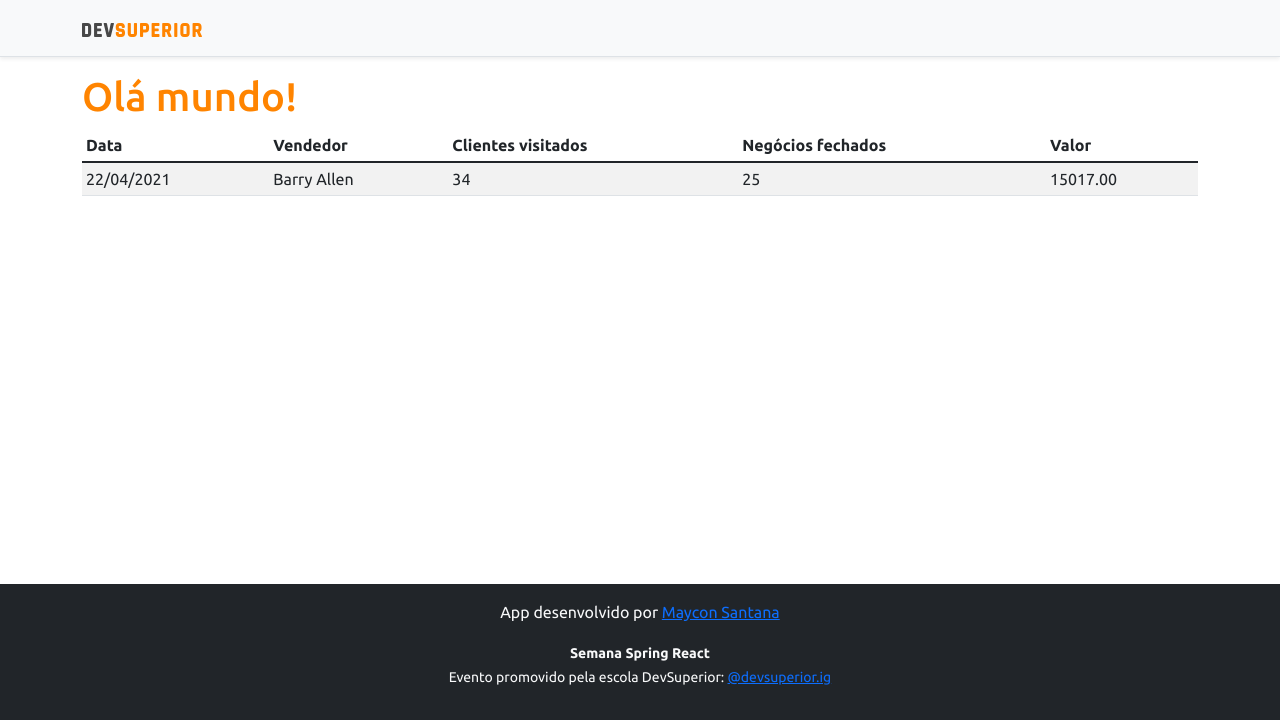
Repository: MayconInforGames2017/evento-dev-superior
Page: / (app in frontend/)
An editor plug-in stored every save of this project. The page is shown before and after the next save, followed by the edit.
The browser window is 1280 px wide. The pictures show the whole page.
The project was rebuilt for these pictures with package versions that can differ from the ones it lists, and the page was loaded fresh each time.

Above is the page before, as saved 2021-09-07 12:32:35.

After the next save:
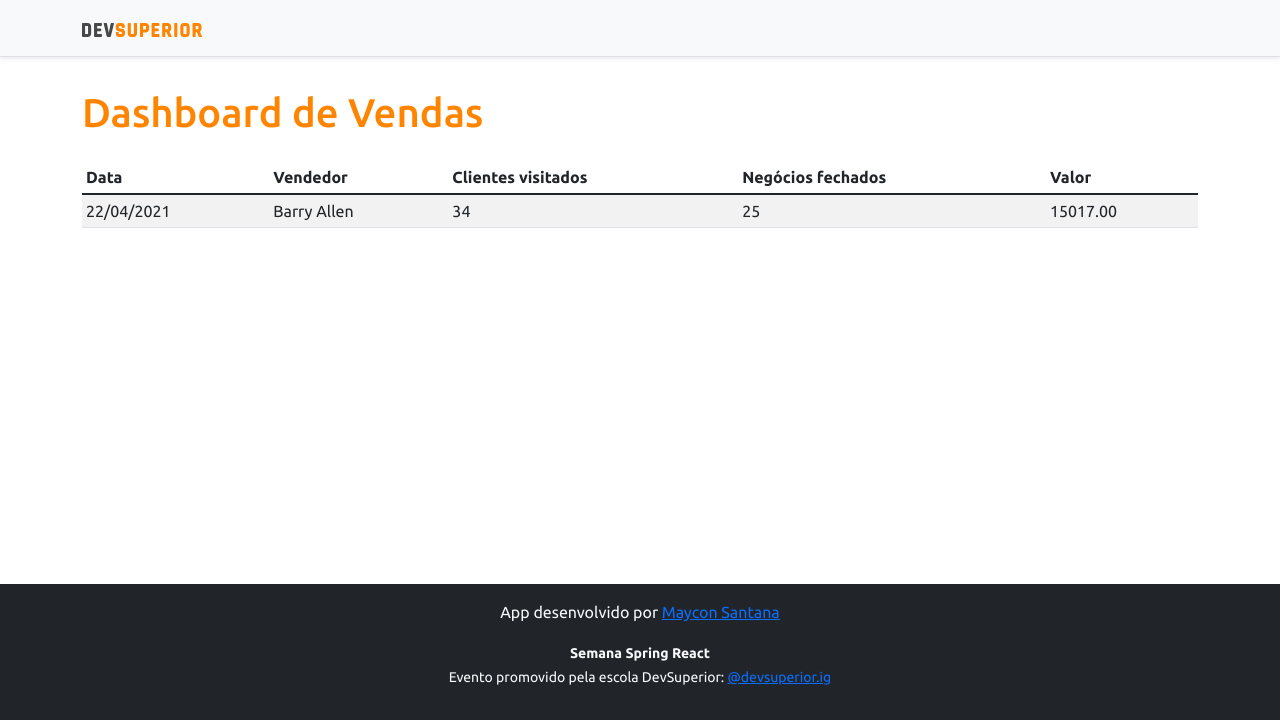
Saved 80 s later.
--- a/frontend/src/App.tsx
+++ b/frontend/src/App.tsx
@@ -7,7 +7,11 @@ function App() {
     <>
       <NavBar/>
       <div className="container">
-        <h1 className="text-primary">Olá mundo!</h1>
+        <h1 className="text-primary py-3">Dashboard de Vendas</h1>
+
+        <div className="row px-3">
+
+        </div>
 
         <DataTable/>
       </div>
